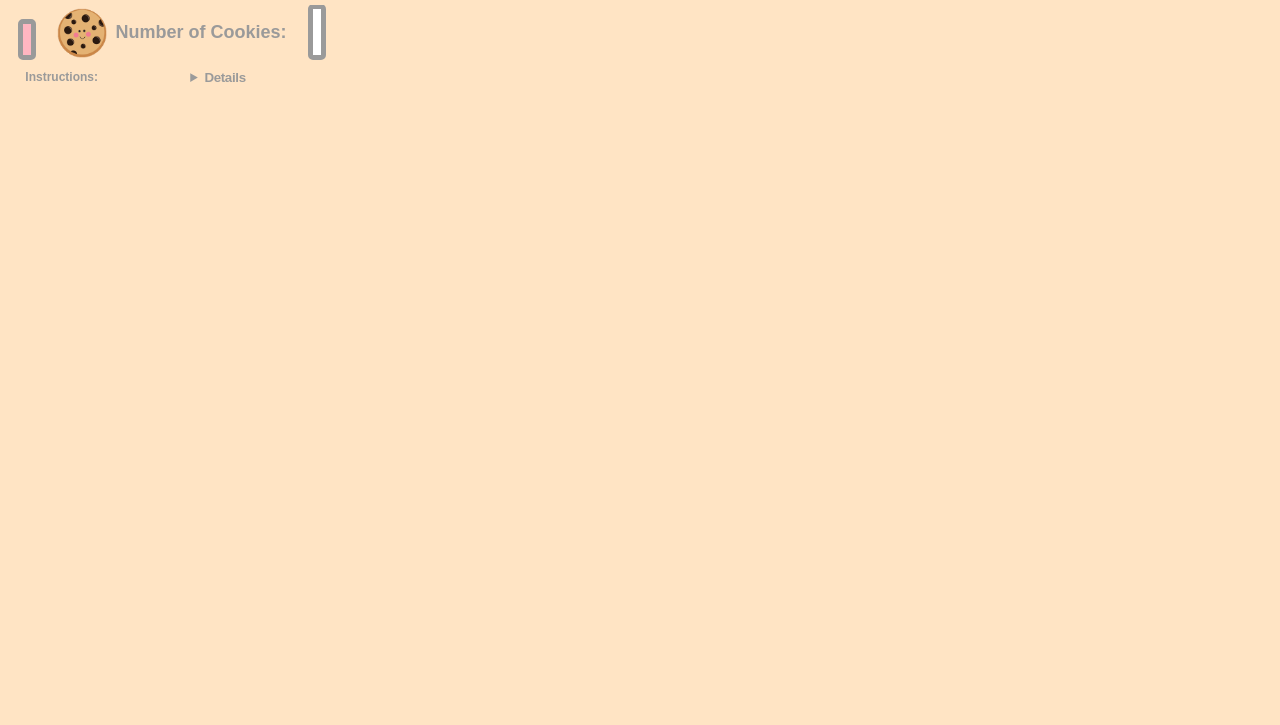
Repository: f00d4tehg0dz/elgato-streamdeck-cookie-clicker
Page: com.f00d4tehg0dz.cookieclicker.sdPlugin/cookieclicker.html
These files come from the project's save history. The page is drawn as it stood at one moment and after the next save; the edit follows.
The browser window is 1280 px wide. The pictures show the whole page.

Above is the page before, as saved 2022-01-28 12:07:40.

### com.f00d4tehg0dz.cookieclicker.sdPlugin/cookieclicker.html
<!DOCTYPE html>
<html>

<head>
    <meta charset="utf-8"/>
    <title>com.f00d4tehg0dz.cookieclicker</title>
    <link rel="stylesheet" href="css/sdpi.css">
    <link rel="stylesheet" href="css/styles.css">
    <script src="js/jquery-3.3.1.js"></script>
    <script src="js/common.js"></script>

</head>

<body>
<div class="sdpi-wrapper">
    <div class="sdpi-item">
        <div id="cookieTitle"></div>
        <div id="cookie" onclick="updateButton()">
            <img src="icon-animate.gif" width="50px"/>
        </div>
        <h2>Number of Cookies:</h2>
        <div id="cookieNumbers"></div>
    </div>
    <div class="sdpi-item">
        <div class="sdpi-item-label">Instructions</div>
        <details class="sdpi-item-value">
            <p>Click the cookie to make more cookies<br>
            Cookie Title upgrades as you reach cookie clicker milestones <br></p>
            <p>You can learn more about this plugin by visiting its Github
                page by <a
                        href="#"
                        onclick="openGithub()">clicking here.</a>
        </details>
    </div>
</div>

<script>
    let uuid = "",
        actionName = "";

    if ($SD) {
        $SD.on('connected', function (jsonObj) {
            uuid = jsonObj['uuid'];
            if (jsonObj.hasOwnProperty('actionInfo')) {
                actionName = jsonObj.actionInfo.action;
            }
            let settings = $SD.actionInfo.payload.settings;
        });
    }

    $(document).ready(function () {

        $("#updateButton").click(function () {
            // Sending the saved settings to the plugin from property inspector.

            if ($SD && $SD.connection) {
                let payload = {};
                payload.updateClick = updateClick;

                $SD.api.sendToPlugin(uuid, actionName, payload);
            }
        });
        function openGithub() {
            $SD.api.openUrl($SD.actionInfo.context, "https://github.com/f00d4tehg0dz/Doge-Coin-Plugin-for-Eglato-Streamdeck")
    }
    });

</script>

</body>

</html>

### com.f00d4tehg0dz.cookieclicker.sdPlugin/css/styles.css
body {
  padding-top: 5px;
  font-family: Arial;
  background-color: bisque;
  margin: auto;
  text-align: center;
}

p {
  font-size: 10px;
  color: black;
  display: block;
  margin: 5px;
}

#cookieNumbers {
  margin: auto;
  text-align:center;
  padding-top: 20px;
  margin-bottom: 5px;
  font-size: 10px;
  border:5px solid;
  border-radius:5px;
  background-color:white;
  height:25px;
}

#cookieTitle {
  margin: auto;
  text-align:center;
  padding-top: 5px;
  margin-bottom: 5px;
  font-size: 10px;
  border:5px solid;
  border-radius:5px;
  background-color:lightpink;
  height:25px;
}

Loaded but not shown: com.f00d4tehg0dz.cookieclicker.sdPlugin/js/jquery-3.3.1.js (library); com.f00d4tehg0dz.cookieclicker.sdPlugin/js/common.js (1200 lines, source omitted); com.f00d4tehg0dz.cookieclicker.sdPlugin/css/sdpi.css (1482 lines, source omitted)

After the next save:
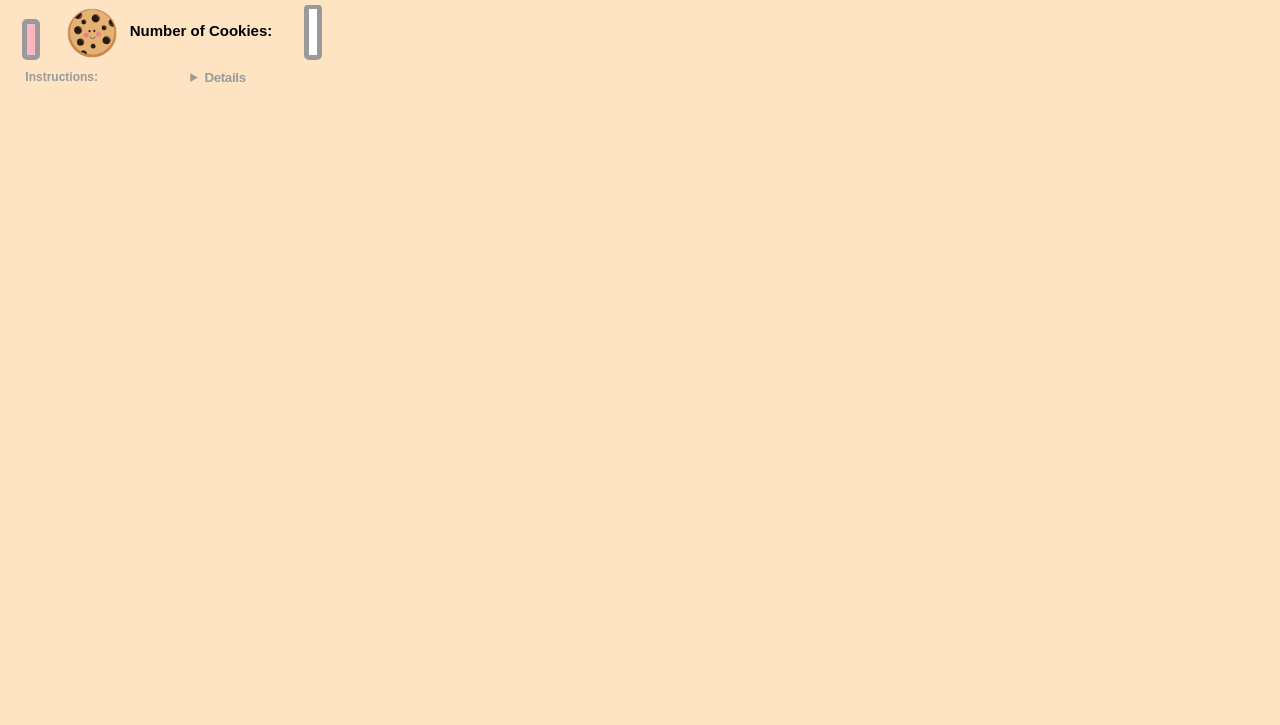
Saved 6 s later.
--- a/com.f00d4tehg0dz.cookieclicker.sdPlugin/css/styles.css
+++ b/com.f00d4tehg0dz.cookieclicker.sdPlugin/css/styles.css
@@ -13,6 +13,12 @@ p {
   margin: 5px;
 }
 
+h2 {
+  font-size: 15px;
+  color: black;
+  display: block;
+  margin: 5px;
+}
 #cookieNumbers {
   margin: auto;
   text-align:center;
